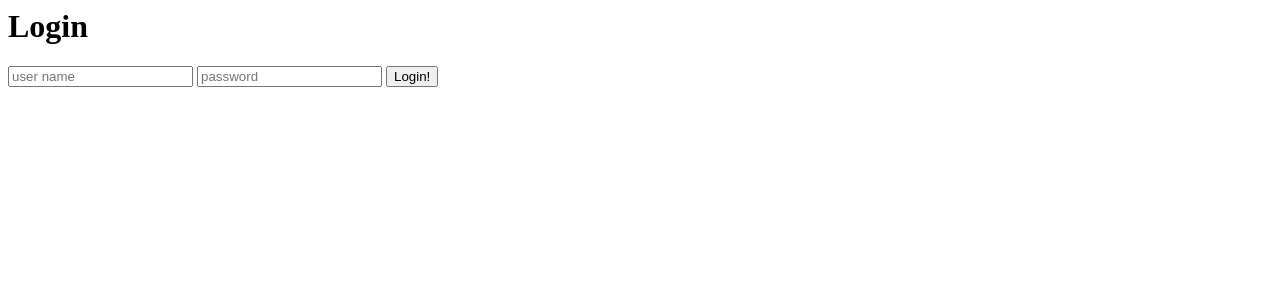
Repository: pruzic/webdevbootcamp
Page: http://localhost/login
The author's editor kept a record of every edit. The page is drawn from the files as they stood at one moment, then again after a run of edits.
The browser window is 1280 px wide. The pictures show the whole page.
The page is served by the project's Node server (YelpCamp/v6/app.js).

Above is the page before.

After the next 4 edits:
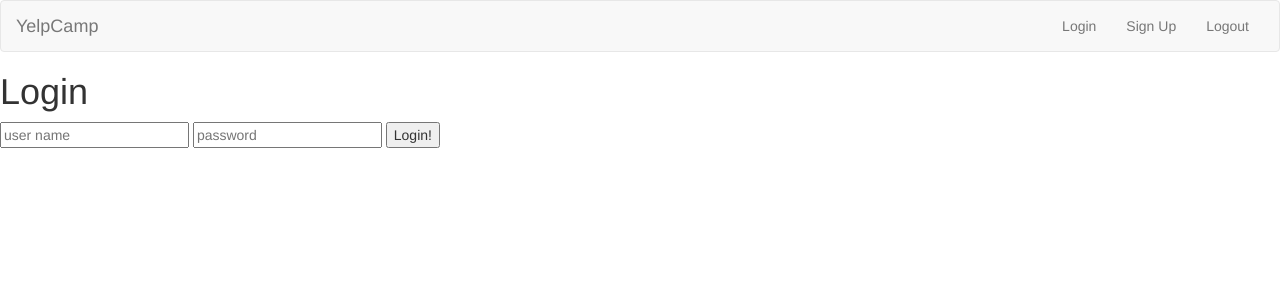
The 4 edits are shown as one change because 3 did not build or start.
The edit:
--- a/workspace/YelpCamp/v6/views/login.ejs
+++ b/workspace/YelpCamp/v6/views/login.ejs
@@ -1,7 +1,9 @@
+<% include ./partials/header %>
 <h1>Login</h1>
 
-<form action="login" method="POST">
+<form action="/login" method="POST">
     <input type="text" name="username" placeholder="user name">
     <input type="password" name="password" placeholder="password">
     <input type="submit" value="Login!">
 </form>
+<% include ./partials/footer %>
